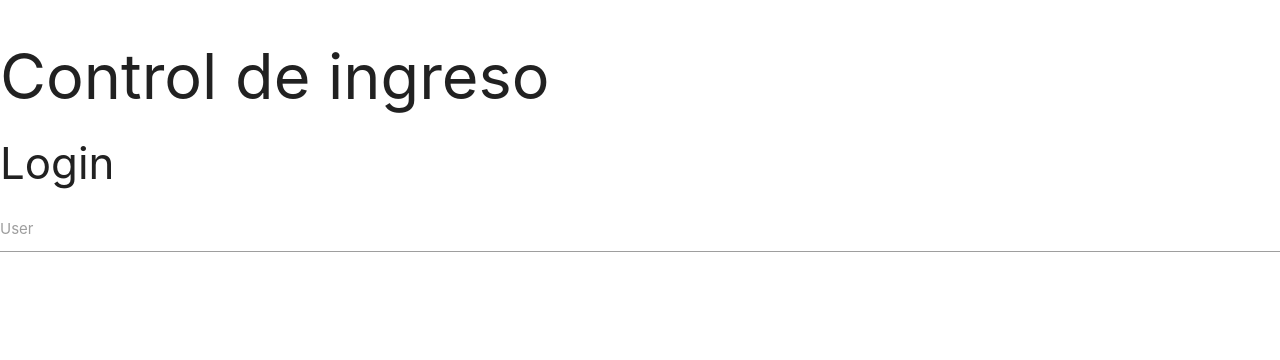
Repository: jairomorenog/proyecto-completo
Page: http://localhost/login/home
The author's editor kept a copy of each file at every save. The page is drawn from the files as they stood at one save, then again after the next save.
The browser window is 1280 px wide. The pictures show the whole page.
The page is served by Tomcat 9.

Above is the page before, as saved 2018-11-20 15:50:27.

After the next save:
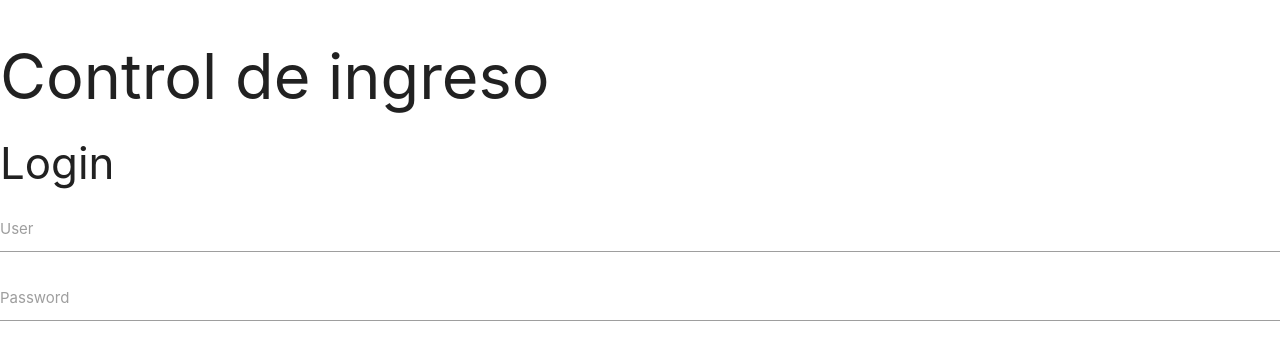
Saved 2 min 10 s later.
--- a/login/src/main/webapp/WEB-INF/views/home.jsp
+++ b/login/src/main/webapp/WEB-INF/views/home.jsp
@@ -22,6 +22,11 @@
 <input name="txtuser" id="txtuser" type="text" class="txtuser validate" />
 </div>
 
+
+<div class="fila input-field">
+<label class="lblpassword" id="lbluser" for="txtpassword" > Password</label>
+<input name="txtpassword" id="txtpassword" type="text" class="txtpassword validate" />
+</div>
 </form>
 </article>
 
